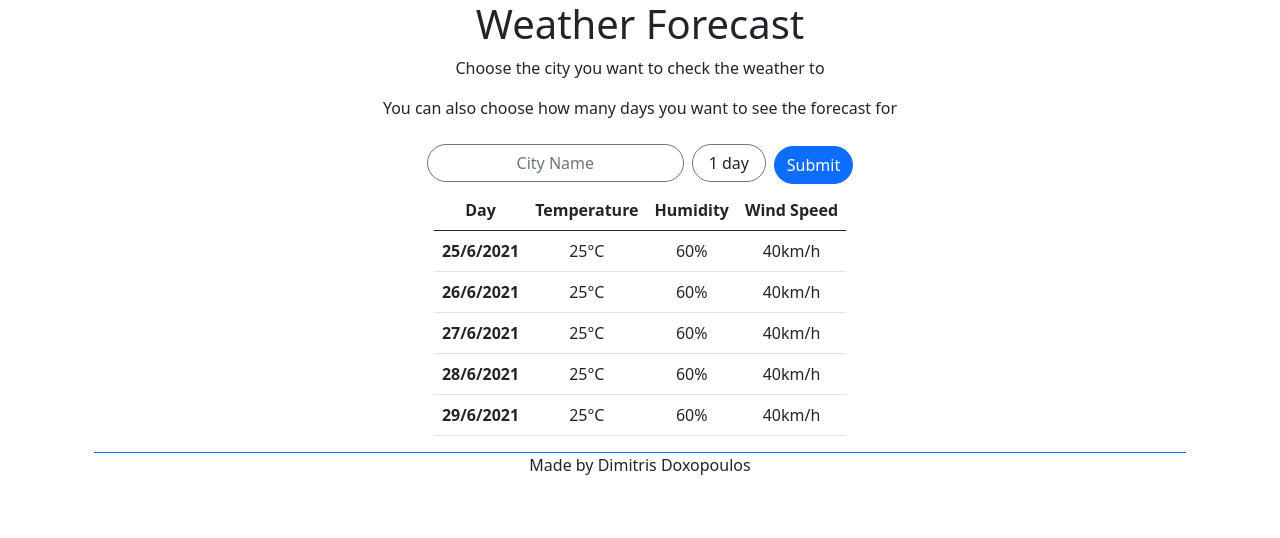
Repository: DimitrisDoxopoulos/my-own-weather-app
Page: /
An editor plug-in stored every save of this project. The page is shown before and after a run of saves, followed by the edit.
The browser window is 1280 px wide. The pictures show the whole page.
The project was rebuilt for these pictures with package versions that can differ from the ones it lists, and the page was loaded fresh each time.

Above is the page before, as saved 2021-06-03 20:11:31.

After the next 2 saves:
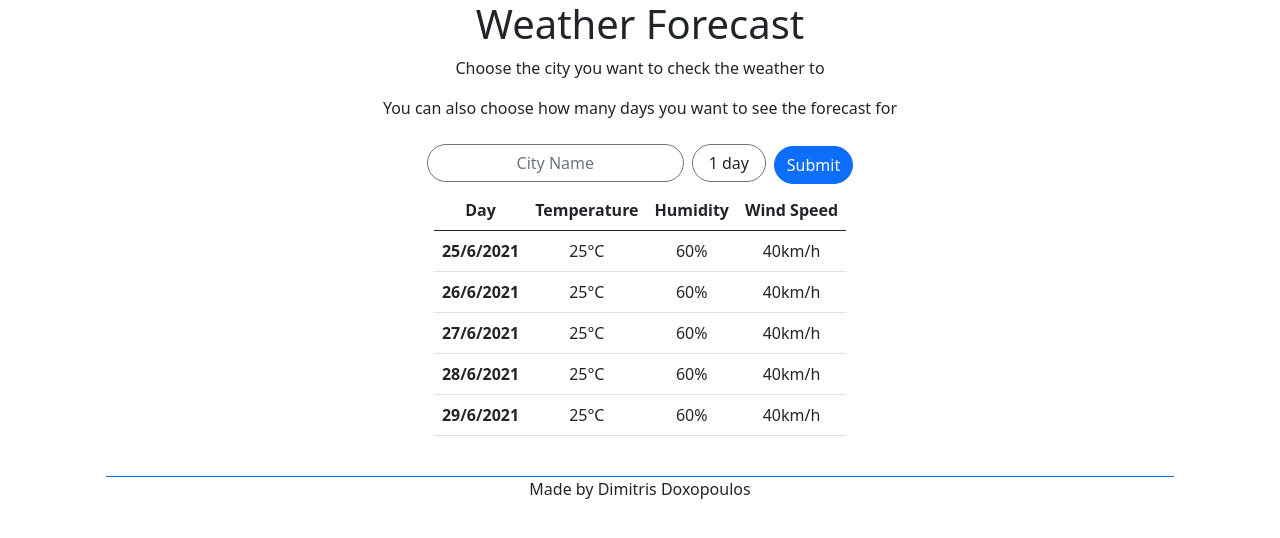
The 2 saves are shown as one change because they came seconds apart.
The last was saved 10 s later.
--- a/src/components/Footer.js
+++ b/src/components/Footer.js
@@ -2,7 +2,7 @@ import React from 'react'
 
 const Footer = () => {
     return (
-        <div className="container ">
+        <div className="container p-4">
             <div className="footer border-top border-primary">
                 <p className="">Made by Dimitris Doxopoulos</p>
             </div>
